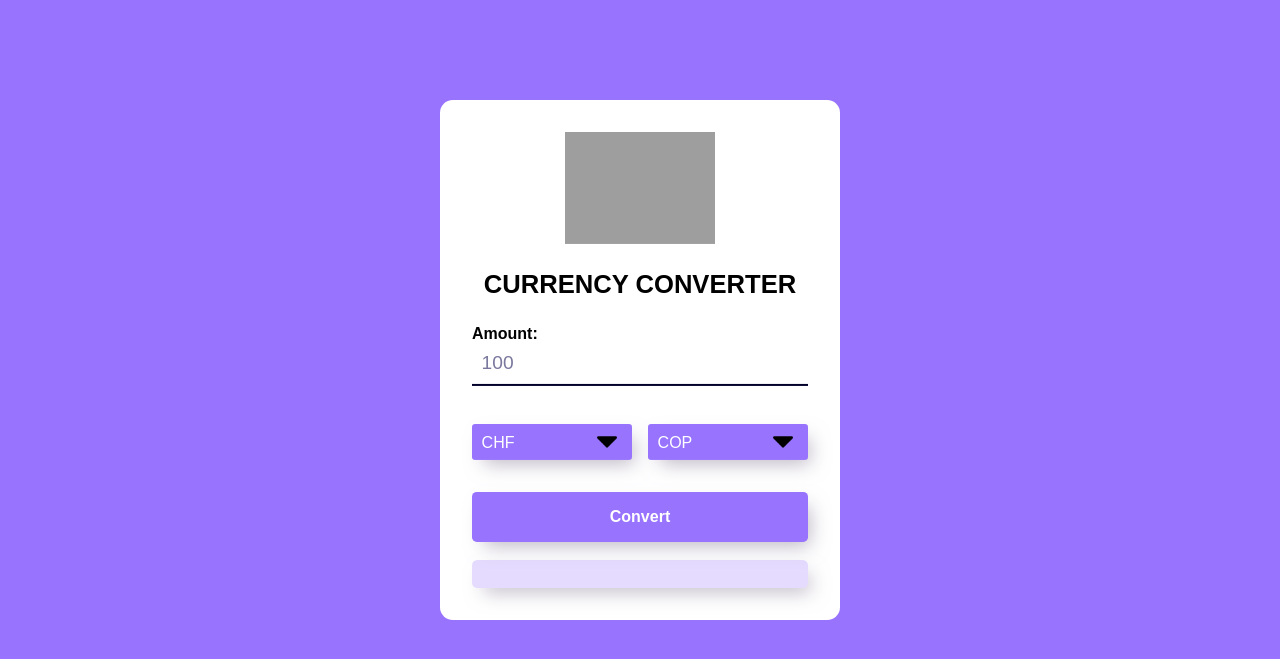
Repository: juansesu3/MoneyExchangeV4
Page: / (app in moneyConvertV4/)
These files come from the project's save history. The page is drawn as it stood at one moment and after a run of saves; the edit follows.
The browser window is 1280 px wide. The pictures show the whole page.
Pictures or frames that could not be fetched are drawn as grey boxes. The page's requests for data from a server got no answer. The project was rebuilt for these pictures with package versions that can differ from the ones it lists, and the page was loaded fresh each time. No one was signed in, and anything a server would have sent is missing. Also part of the build but not shown: moneyConvertV4/vite.config.js.

Above is the page before, as saved 2023-03-29 11:58:22.

After the next 2 saves:
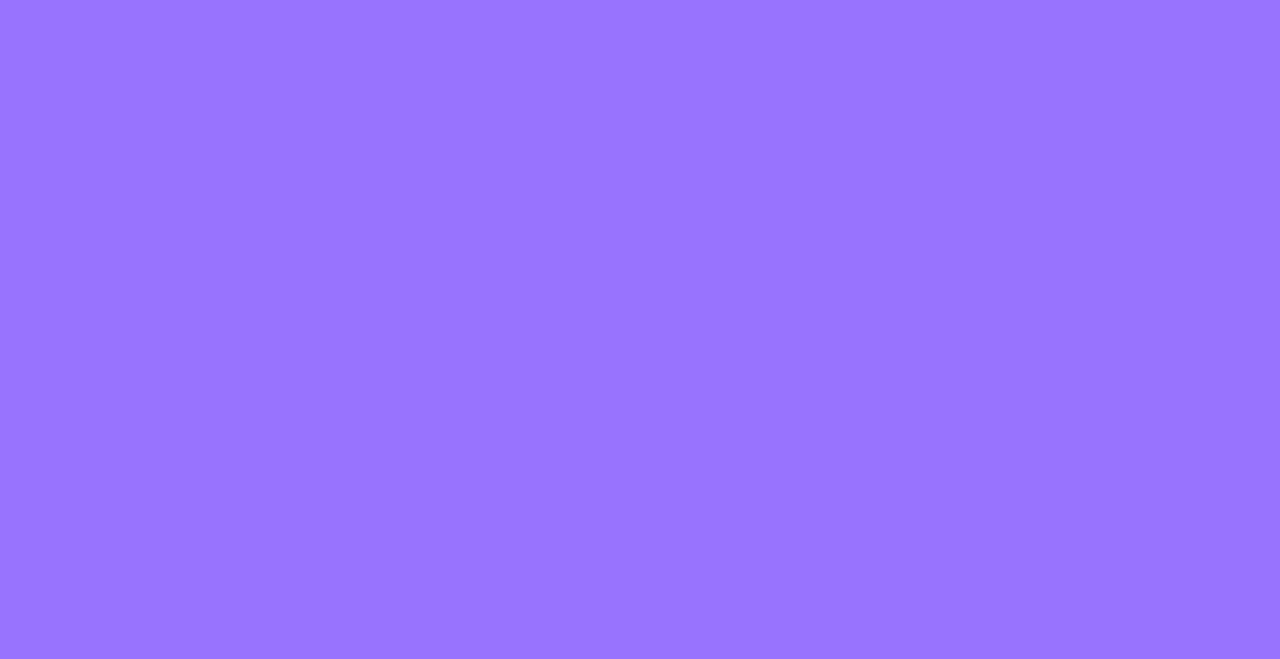
Console error: TypeError: Cannot read properties of undefined (reading 'shift')
The 2 saves are shown as one change because they came seconds apart.
The last was saved 10 s later.
--- a/moneyConvertV4/src/App.jsx
+++ b/moneyConvertV4/src/App.jsx
@@ -186,7 +186,7 @@
   let [exitCurrency, setExitCurrency] = useState('COP')
   let [intValue, setIntValue] = useState(100)
 
-  console.log(JSON.stringify(import.meta.env).split('":"')[1].split('","'))
+  console.log(JSON.stringify(import.meta.env).split('":"')[1].split('","')).shift()
 
   let api = `https://v6.exchangerate-api.com/v6/${JSON.stringify(import.meta.env)}/latest/USD`;
   const fromDropDown = document.getElementById('from-currency-select');

After the 3 saves that followed:
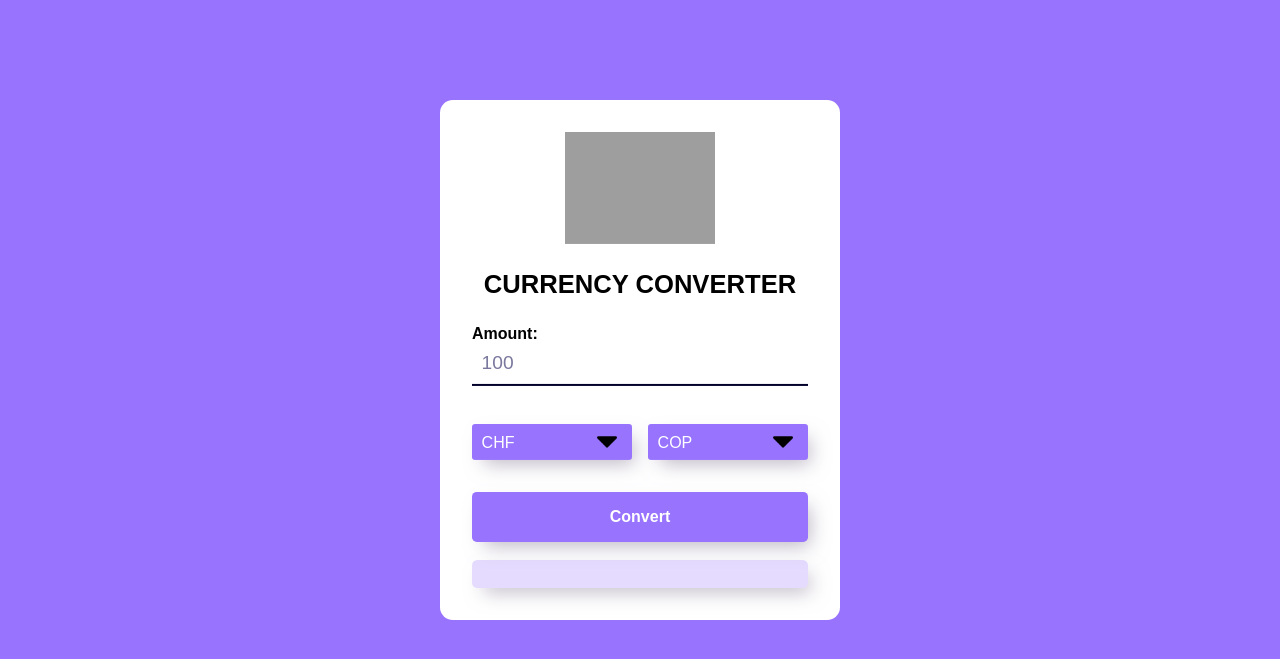
The error is gone.
The 3 saves are shown as one change because 1 left the picture as it was and some came seconds apart.
The last was saved 28 s later.
--- a/moneyConvertV4/src/App.jsx
+++ b/moneyConvertV4/src/App.jsx
@@ -186,7 +186,7 @@
   let [exitCurrency, setExitCurrency] = useState('COP')
   let [intValue, setIntValue] = useState(100)
 
-  console.log(JSON.stringify(import.meta.env).split('":"')[1].split('","')).shift()
+  console.log(JSON.stringify(import.meta.env).split('":"')[1].split('","')[0])
 
   let api = `https://v6.exchangerate-api.com/v6/${JSON.stringify(import.meta.env)}/latest/USD`;
   const fromDropDown = document.getElementById('from-currency-select');
